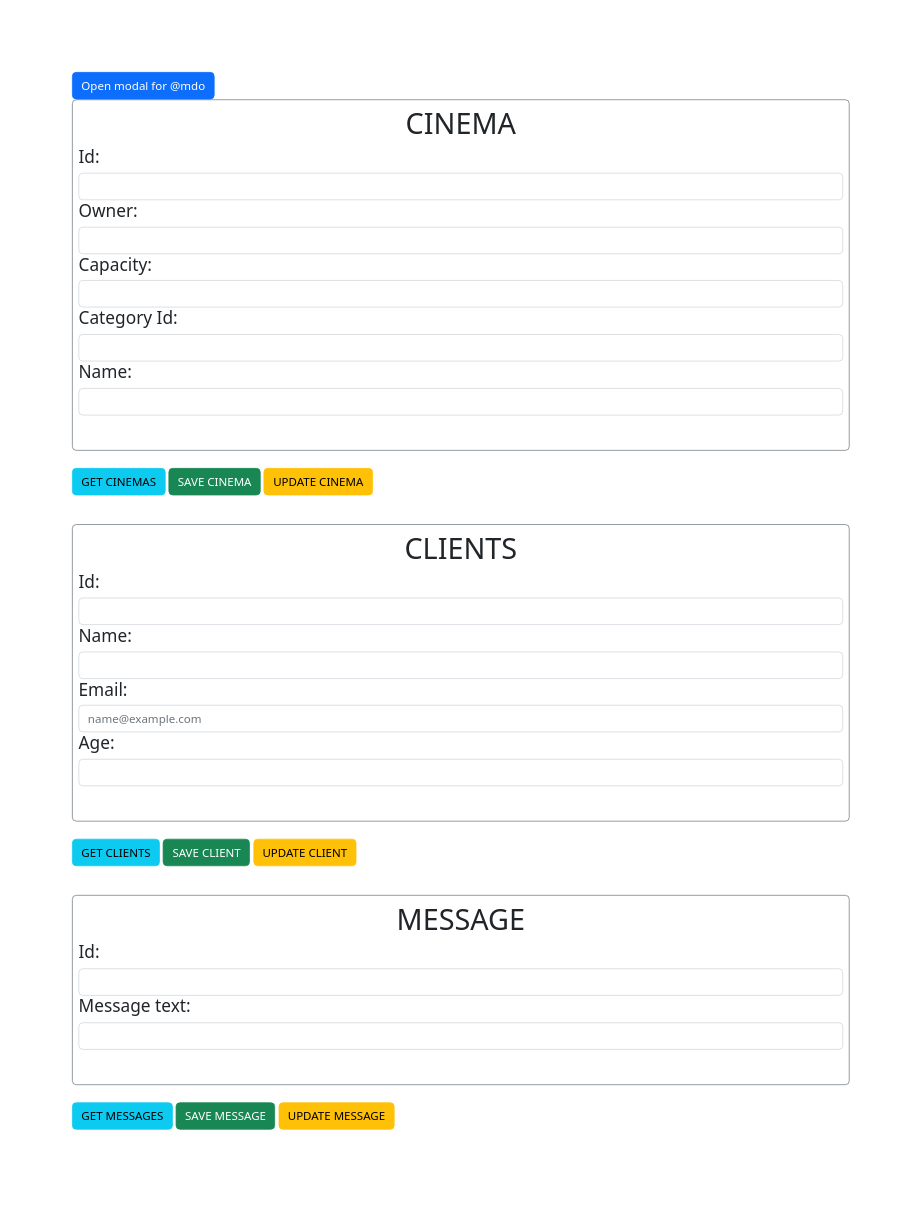
Repository: almendezl/MisionTIC
Page: index.html
The author's editor kept a copy of each file at every save. The page is drawn from the files as they stood at one save, then again after the next save.
The browser window is 1280 px wide. The pictures show the whole page, at 72% of full size.

Above is the page before, as saved 2022-10-02 15:20:20.

After the next save:
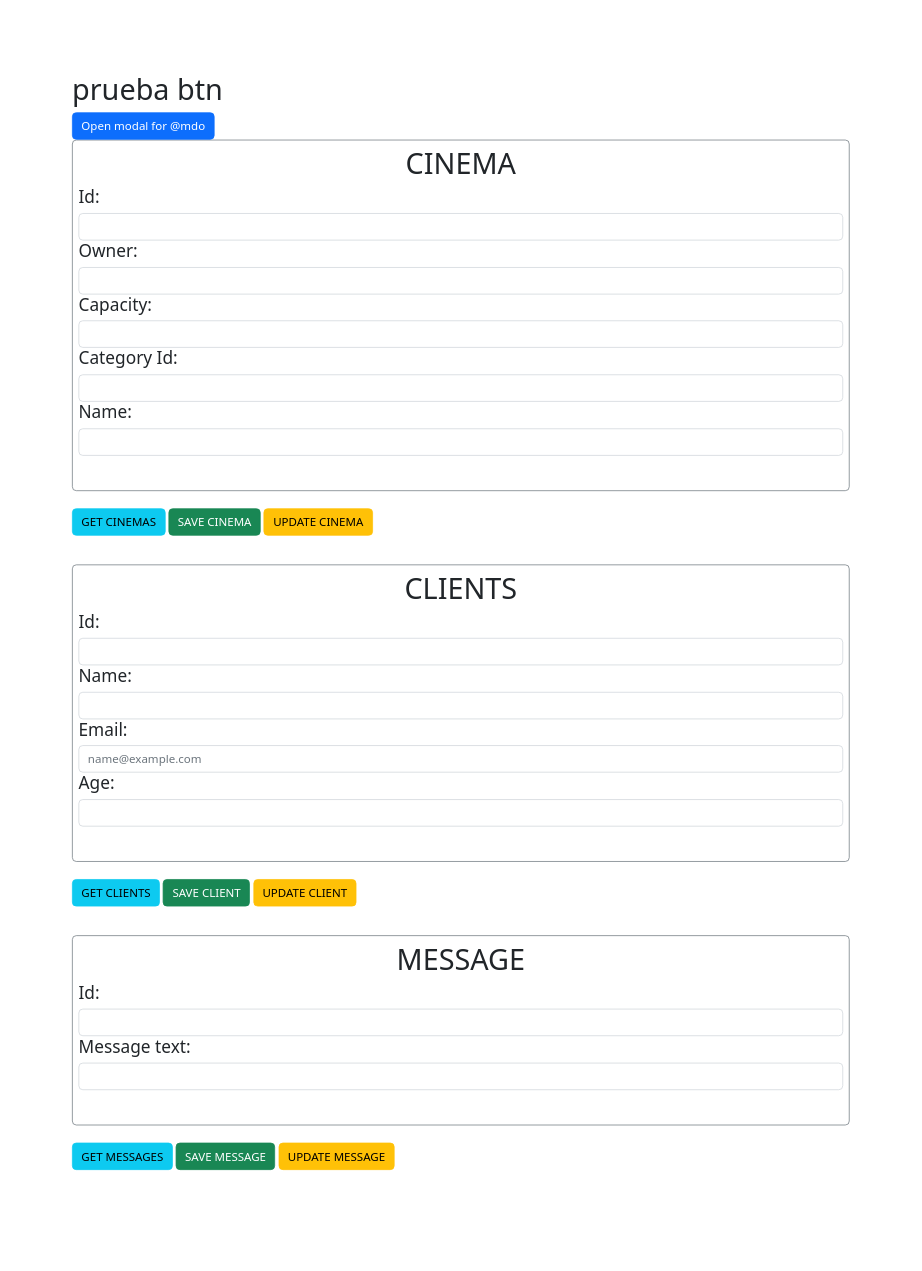
Saved 7 s later.
--- a/index.html
+++ b/index.html
@@ -16,7 +16,7 @@
 <body>
     <!-- cinema front -->
 <div>
-
+<h1>prueba btn</h1>
 </div>
 
 <button type="button" class="btn btn-primary" data-toggle="modal" data-target="#exampleModal" data-whatever="@mdo">Open modal for @mdo</button>
